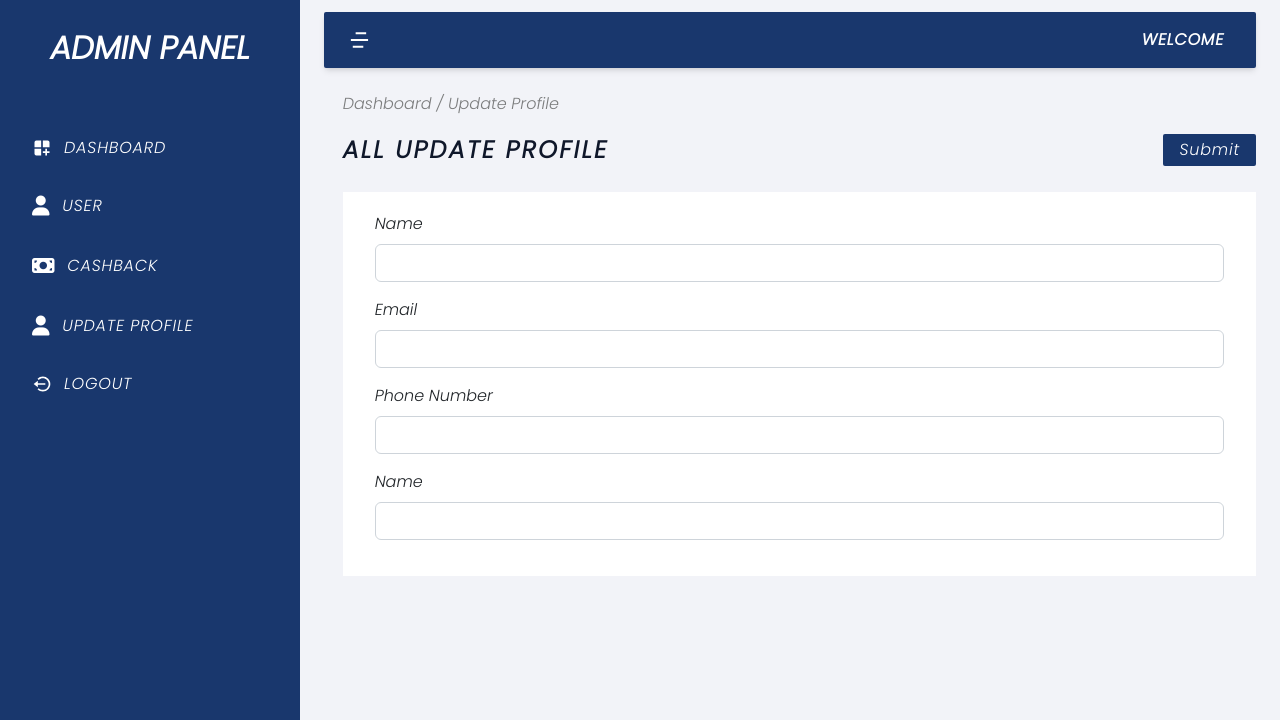
Repository: FlyweisReact/Ankit-Pandey-Admin-Panel
Page: /updateProfile
The author's editor kept a copy of each file at every save. The page is drawn from the files as they stood at one save, then again after a run of saves.
The browser window is 1280 px wide. The pictures show the whole page.
Some web libraries are served in a nearby version. The project was rebuilt for these pictures with package versions that can differ from the ones it lists, and the page was loaded fresh each time. Also part of the build but not shown: src/Screen/Login.jsx, src/Screen/Dashboard.js, src/Screen/EAdminCustomer.js, src/Screen/EAdmin.js.

Above is the page before, as saved 2023-06-16 16:08:44.

### public/index.html
<!-- @format -->

<!DOCTYPE html>
<html lang="en">
  <head>
    <meta charset="utf-8" />
    <meta name="viewport" content="width=device-width, initial-scale=1" />
    <meta name="theme-color" content="#000000" />
    <meta
      name="description"
      content="Web site created using create-react-app"
    />
    <link rel="icon" href="%PUBLIC_URL%/favicon.png" />
    <link rel="manifest" href="%PUBLIC_URL%/manifest.json" />
    <link rel="preconnect" href="https://fonts.googleapis.com">
<link rel="preconnect" href="https://fonts.gstatic.com" crossorigin>
<link href="https://fonts.googleapis.com/css2?family=Roboto+Mono:ital,wght@1,300&display=swap" rel="stylesheet">
    <title>Logo Fx</title>
  </head>
  <body>
    <noscript>You need to enable JavaScript to run this app.</noscript>
    <div id="root"></div>
    <script src="https://code.jquery.com/jquery-3.6.0.min.js"></script>
    <script src="https://kit.fontawesome.com/b533b351e4.js" crossorigin="anonymous"></script>
  </body>
</html>

### src/index.js
import React from "react";
import ReactDOM from "react-dom/client";
import "./index.css";
import App from "./App";
import { BrowserRouter } from "react-router-dom";
import 'bootstrap/dist/css/bootstrap.min.css'

const root = ReactDOM.createRoot(document.getElementById("root"));
root.render(
  <React.StrictMode>
    <BrowserRouter>
      <App />
    </BrowserRouter>
  </React.StrictMode>
);

### src/index.css
/** @format */

@tailwind base;
@tailwind components;
@tailwind utilities;

@import url("https://fonts.googleapis.com/css2?family=Roboto+Mono:ital,wght@1,300&display=swap");
@font-face {
  font-family: Roboto;
  src: url("./Fonts/Poppins-LightItalic.ttf");
}

body {
  margin: 0;
  font-family: Roboto !important;
  -webkit-font-smoothing: antialiased;
  -moz-osx-font-smoothing: grayscale;
}

code {
  font-family: Roboto !important;
}

html {
  font-family: Roboto !important;
}

::-webkit-scrollbar {
  width: 10px;
}
.fa-trash {
  color: red;
  cursor: pointer;
}

.iCOn {
  transition: 0.5s;
  box-shadow: none;
  transform: scale(1);
}
.cardDiv {
  cursor: pointer;
}

.cardDiv:hover .iCOn {
  box-shadow: rgba(0, 0, 0, 0.35) 0px 5px 15px;
  transform: scale(1.3);
}

/* Track */
::-webkit-scrollbar-track {
  background: #f1f1f1;
}

/* Handle */
::-webkit-scrollbar-thumb {
  background: #888;
}

/* Handle on hover */
::-webkit-scrollbar-thumb:hover {
  background: #555;
}
.profileImage {
  width: 100px;
}
.fa-eye {
  color: #029aff;
  cursor: pointer;
}
.fa-edit {
  cursor: pointer;
  color: blue;
}

.View {
  border: 1px solid black;
  width: 100%;
  padding: 10px;
}

.main-card--container {
  display: grid;
  grid-template-columns: repeat(3, minmax(300px, 500px));
  grid-gap: 50px;
  justify-content: space-around;
}
.card-container {
  margin: 25px 0 auto;
  box-shadow: rgba(0, 0, 0, 0.35) 0px 5px 15px;
  position: relative;
  display: grid;
  grid-template-columns: 1fr;
  justify-content: space-around;
  align-items: flex-start;
}

.myEdit:focus {
  box-shadow: rgba(0, 0, 0, 0.35) 0px 5px 15px;
}

.AstroLogin {
  color: #fff;
  background-color: #2b7a8e;
  padding: 10px;
  width: 380px;
  text-align: center;
  font-size: 20px;
  background: linear-gradient(to left, #2b7a8e 50%, #fff 50%) right;
  background-size: 200%;
  transition: 0.5s ease-out;
  border: 1px solid #2b7a8e;
  margin-top: 10px;
  text-transform: uppercase;
}
.AstroLogin:hover {
  background-position: left;
  color: #2b7a8e;
}

.EcommerceAdminLogin {
  color: #fff;
  background-color: #19376d;
  padding: 10px;
  width: 380px;
  text-align: center;
  font-size: 20px;
  background: linear-gradient(to left, #19376d 50%, #fff 50%) right;
  background-size: 200%;
  transition: 0.5s ease-out;
  border: 1px solid #19376d;
  margin-top: 10px;
  text-transform: uppercase;
}

.EcommerceAdminLogin:hover {
  background-position: left;
  color: #19376d;
}
.EcommerceVendorLogin {
  color: #fff;
  background-color: #576cbc;
  padding: 10px;
  width: 380px;
  text-align: center;
  font-size: 20px;
  background: linear-gradient(to left, #576cbc 50%, #fff 50%) right;
  background-size: 200%;
  transition: 0.5s ease-out;
  border: 1px solid #576cbc;
  margin-top: 10px;
  text-transform: uppercase;
}

.EcommerceVendorLogin:hover {
  background-position: left;
  color: #576cbc;
}

.view {
  background-color: #2196f3;
  color: #fff;
  width: 50%;
  padding: 5px;
}

.two-sec {
  display: flex;
  justify-content: space-evenly;
  justify-content: space-evenly;
}
.two-sec .left {
  width: 60%;
  background-color: #f6f1ef;
  padding: 20px;
}
.two-sec .left .head {
  font-size: 25px;
  font-weight: bold;
}

.two-sec .right {
  width: 30%;
  background-color: #f6f1ef;
}

.searchDiv {
  width: 100%;
  display: flex;
  gap: 10px;
  border: 1px solid rgb(179, 179, 179);
  padding: 10px;
  margin-bottom: 20px;
  align-items: center;
}
.searchDiv input {
  width: 94%;
  outline: none;
  border: none;
}

.flexCont {
  display: flex;
  align-items: center;
  gap: 10px;
}
.flexCont img {
  width: 60px;
  background-color: #e9ecef;
}

.blockContent {
  display: block;
}
.blockContent p {
  margin: 0;
}

.checkBox {
  width: 50px;
  height: 25px;
  background-color: #e9ecef;
  border-radius: 50px;
  position: relative;
  cursor: pointer;
}
.checkBox span {
  width: 20px;
  height: 20px;
  border-radius: 100%;
  background-color: #fff;
  position: absolute;
  left: 5px;
  top: 2px;
}
.ActivecheckBox {
  width: 50px;
  height: 25px;
  background-color: #0d6efd;
  border-radius: 50px;
  position: relative;
  cursor: pointer;
}
.ActivecheckBox span {
  width: 20px;
  height: 20px;
  border-radius: 100%;
  background-color: #fff;
  position: absolute;
  right: 5px;
  top: 2px;
}

.fa-eye {
  color: #0cba73;
  background-color: #d6f8e8;
  width: 40px;
  text-align: center;
  height: 40px;
  display: flex;
  border-radius: 100%;
  justify-content: center;
  padding-top: 10px;
  transition: 0.5s;
}

.fa-pen-to-square {
  color: #f4c39c;
  background-color: #ffebdb;
  width: 40px;
  text-align: center;
  height: 40px;
  display: flex;
  border-radius: 100%;
  justify-content: center;
  padding-top: 10px;
  cursor: pointer;
  transition: 0.5s;
}
.fa-trash {
  color: #df939f;
  background-color: #ffe1e8;
  width: 40px;
  text-align: center;
  height: 40px;
  display: flex;
  border-radius: 100%;
  justify-content: center;
  padding-top: 10px;
  cursor: pointer;
  transition: 0.5s;
}
.fa-trash:hover {
  transform: scale(1.2);
}
.fa-eye:hover {
  transform: scale(1.2);
}
.fa-pen-to-square:hover {
  transform: scale(1.2);
}
.required {
  color: #e74260;
}

.headP {
  margin-left: 2%;
  color: #7b7c7d;
}
.filterBox {
  display: flex;
  align-items: center;
  gap: 10px;
  border-bottom: 1px solid #d4d7dc;
  padding-bottom: 20px;
  margin-bottom: 20px;
}
.filterBox img {
  width: 30px;
}
.filterBox input {
  width: 100%;
  border: 1px solid #d4d7dc;
  outline: none;
  padding: 5px;
  color: black;
}
.sectionCont {
  width: 98%;
  background-color: #fff;
  margin-left: 2%;
  padding: 20px;
}

.overFlowCont {
  width: 100%;
  overflow-x: auto;
}

.logo {
  width: 300px;
  margin-bottom: 20px;
}

.updateProfile {
  margin-left: 20px;
  border: 1px solid #fff;
  border-radius: 100%;
  font-size: 1.2rem;
  padding: 10px;
  transition: 0.5s;
  cursor: pointer;
}
.updateProfile:hover {
  border: 1px solid #19376d;
  color: #19376d;
  background-color: #fff;
}

.Normalbtn {
  background-color: #19376d !important;
  border: 1px solid #19376d !important;
  border-radius: 0px !important;
}

.ImageCarousel {
  width: 150px !important;
  margin: 0px !important;
  height: 150px !important;
}
.CarouselImages {
  width: 150px !important;
  height: 150px !important;
}
.CarouselImages img {
  width: 100% !important;
  height: 100% !important;
}

.ModalCarousel {
  width: 100% !important;
  height: 500px !important;
}
.ModalCarousel {
  width: 100% !important;
  height: 500px !important;
}
.ModalCarousel img {
  width: 100% !important;
  height: 500px !important;
}

.gridCont {
  display: grid;
  grid-template-columns: auto auto auto;
  justify-content: space-evenly;
}
.gridCont div {
  width: 400px;
  height: 300px;
  box-shadow: rgba(0, 0, 0, 0.35) 0px 5px 15px;
  padding: 10px;
  position: relative;
  margin-top: 20px;
}
.gridCont div img {
  width: 100%;
}
.delete-Btn {
  width: 90%;
  margin-left: 2%;
  color: #c44b3f;
  border: 1px solid #c44b3f;
  position: absolute;
  bottom: 10px;
  transition: 0.5s;
  padding: 10px;
}

.delete-Btn:hover {
  background-color: #c44b3f;
  color: #fff;
}

.BannerCarousel {
  width: 300px;
  margin: 0px !important;
}
.BannerCarouselImage {
  width: 300px;
}
.BannerCarouselImage img {
  width: 100%;
}

.pagination {
  display: flex;
  justify-content: center;
  align-items: center;
  gap: 10px;
  margin-bottom: 20px;
}
.pagination button {
  border: 1px solid black;
  padding: 10px;
}

.activePage {
  background-color: #19376d;
  color: #fff;
  border: 1px solid #19376d !important;
}

.active {
  background-color: #fff;
  color: #19376d !important;
}
.prevBtn {
  background-color: #fff;
  color: #19376d;
  border: 1px solid #19376d !important;
  transition: 0.5s;
}

.prevBtn:hover,
.prevBtn:focus,
.prevBtn:active {
  background-color: #19376d;
  color: #fff;
  border: 1px solid #19376d !important;
}
.nextBtn {
  background-color: #fff;
  color: #19376d;
  border: 1px solid #19376d !important;
  transition: 0.5s;
}

.nextBtn:hover,
.nextBtn:focus,
.nextBtn:active {
  background-color: #19376d;
  color: #fff;
  border: 1px solid #19376d !important;
}

.dangerBox {
  position: relative;
}
.dangerBox i {
  position: absolute;
  top: 50%;
  left: 90%;
  transform: translate(-50%, -50%);
  cursor: pointer;
}

### src/App.js
/** @format */

import { Routes, Route } from "react-router-dom";
import { ToastContainer } from "react-toastify";
import "react-toastify/dist/ReactToastify.css";
import Login from "./Screen/Login";
import Dashboard from "./Screen/Dashboard";
import EAdminCustomer from "./Screen/EAdminCustomer";
import EAdmin from "./Screen/EAdmin";
import UpdateProfile from "./Screen/UpdateProfile";


function App() {
  return (
    <>
      <ToastContainer />

      <Routes>
        <Route path="/" element={<Login />} />
        <Route path="/Customer" element={<EAdminCustomer />} />
        <Route path="/dashboard" element={<Dashboard />} />
        <Route path="/Admin" element={<EAdmin />} />
        <Route path="/updateProfile" element={<UpdateProfile />} />
      </Routes>
    </>
  );
}

export default App;

### src/Screen/UpdateProfile.js
import React, { useEffect, useState } from "react";
import { Alert, Button, Container, Form, Modal, Table } from "react-bootstrap";
import { toast } from "react-toastify";
import { AllCashback, UploadExcel } from "../Repository/Api";
import HOC from "./layout/HOC";


const UpdateProfile = () => {


    return (
      <>

        <p className="headP">Dashboard / Update Profile</p>
        <div
          className="pb-4 sticky top-0  w-full flex justify-between items-center"
          style={{ width: "98%", marginLeft: "2%" }}
        >
          <span
            className="tracking-widest text-slate-900 font-semibold uppercase "
            style={{ fontSize: "1.5rem" }}
          >
            All Update Profile
          </span>

          <button
            className="md:py-2 px-3 md:px-4 py-1 rounded-sm bg-[#19376d] text-white tracking-wider"

          >Submit
          </button>
        </div>

        <section className="sectionCont">
            <Container>
                <Form>
                    <Form.Group className="mb-3">
                        <Form.Label>Name</Form.Label>
                        <Form.Control type='name' />
                    </Form.Group>
                    <Form.Group className="mb-3">
                        <Form.Label>Email</Form.Label>
                        <Form.Control type='name' />
                    </Form.Group>
                    <Form.Group className="mb-3">
                        <Form.Label>Phone Number</Form.Label>
                        <Form.Control type='name' />
                    </Form.Group>
                    <Form.Group className="mb-3">
                        <Form.Label>Name</Form.Label>
                        <Form.Control type='name' />
                    </Form.Group>
                </Form>
            </Container>
        </section>
      </>
    );
  };

export default HOC(UpdateProfile)

### src/Repository/Api.js
/** @format */

import axios from "axios";

// BaseUrl
const BaseURL = "http://localhost:3040/";

// All Users Cashback
export const AllCashback = async () => {
  try {
    const response = await axios.get(
      ` ${BaseURL}api/v1/profile/getallCashBack`
    );

    return response;
  } catch (e) {
    console.log(e);
  }
};

// Uplaod Excel

export const UploadExcel = async (file) => {
  const fd = new FormData();
  fd.append("file", file);
  try {
    const response = await axios.post(
      `${BaseURL}api/v1/profile/AddcashBackExcel`,
      fd
    );
    return response;
  } catch (e) {
    console.log(e);
  }
};

//   All Users

export const AllUsers = async () => {
  try {
    const response = await axios.get(` ${BaseURL}api/v1/profile/getAlluser`);
    return response;
  } catch (e) {
    console.log(e);
  }
};


// Login Admin
export const LoginAdmin = async (email , password) => {
    try{
        const response = await axios.post(`${BaseURL}api/v1/admin/login` , {
            email , password
        })
        return response
    }catch(e) {
        console.log(e)
    }

}

### src/Screen/layout/HOC.jsx
/** @format */

import React, { useState } from "react";
import Navbar from "./Navbar";
import Sidebar from "./Sidebar";

const HOC = (Wcomponenet) => {
  return function Component() {
    const [hamb, setHamb] = useState(false);
    return (
      <>
        <section
          className="flex overflow-x-hidden relative "
          style={{ backgroundColor: "#f2f3f8" }}
        >
          {/* Sidebar */}
          <div
            className={
              hamb
                ? " absolute top-0 z-30 md:w-auto shadow-md bg-slate-200  w-60 transition-all md:-left-full left duration-150  h-auto overflow-y-auto  left-0 "
                : " md:w-72 z-30 bg-slate-200  shadow-md  md:static absolute top-0 -left-full   transition-all duration-150  overflow-y-auto h-auto"
            }
            style={{ minWidth: "300px" }}
          >
            <Sidebar hamb={hamb} setHamb={setHamb} />
          </div>
          {/* Components & Navbar */}
          <div
            className={
              hamb
                ? " transition-all px-4 py-2  duration-150 w-full h-screen"
                : " w-full h-screen  px-4 py-2   z-50 transition-all duration-150 "
            }
            style={{ backgroundColor: "#f2f3f8" }}
          >
            <Navbar hamb={hamb} setHamb={setHamb} />
            <div className="my-6 text-#000 h-[87%] wcomp overflow-y-auto">
              {" "}
              <Wcomponenet />
            </div>
          </div>
        </section>
      </>
    );
  };
};

export default HOC;

### src/Screen/layout/Navbar.jsx
/** @format */

import { RiMenu4Line } from "react-icons/ri";

const Navbar = ({ hamb, setHamb }) => {
  const AdminName = localStorage.getItem("Email")
  return (
    <>
      <div
        className={
          hamb
            ? "flex  w-full justify-between  my-1 rounded-sm  p-4 py-3 shadow-md items-center  bg-slate-200 space-x-4"
            : "flex  w-full justify-between my-1 rounded-sm  p-4 py-3 shadow-md items-center  bg-slate-200 space-x-4"
        }
        style={{ backgroundColor: "#19376d" }}
      >
        <RiMenu4Line
          onClick={() => setHamb(!hamb)}
          className="text-2xl font-bold text-gray-900 hover:scale-90 cursor-pointer"
          style={{ color: "#fff" }}
        />

        <section className="flex sm:ml-auto justify-end sm:w-full items-center space-x-2  pr-2">
          <figcaption className="tracking-wider pl-1 font-semibold">
            <div
              className="lg:text-base text-sm text-gray-900  uppercase"
              style={{ color: "#fff" }}
            >
              Welcome {AdminName}
            </div>
          </figcaption>
        </section>
      </div>
    </>
  );
};

export default Navbar;

### src/Screen/layout/Sidebar.jsx
/** @format */

import React from "react";
import { RiCloseLine } from "react-icons/ri";
import { Link, useNavigate } from "react-router-dom";
import { BiLogOutCircle } from "react-icons/bi";
import { MdDashboardCustomize } from "react-icons/md";

const Sidebar = ({ hamb, setHamb }) => {
  const navigate = useNavigate();

  const nav = [
    {
      icon: <MdDashboardCustomize className="text-xl mr-3 rounded-full " />,
      link: "/dashboard ",
      name: "Dashboard",
    },
    {
      icon: <i className="fa-solid fa-user text-xl mr-3 rounded-full"></i>,
      link: "/Admin",
      name: "User",
    },
    {
      icon: (
        <i className="fa-sharp fa-solid fa-money-bill text-xl mr-3 rounded-full "></i>
      ),
      link: "/Customer",
      name: "Cashback",
    },
    {
      icon: (
        <i className="fa-solid fa-user text-xl mr-3 rounded-full "></i>
      ),
      link: "/updateProfile",
      name: "Update Profile",
    }
  ];

  const logOut = () => {
    localStorage.clear()
    navigate("/");
  };

  return (
    <>
      <aside
        className="p-4 h-auto"
        style={{ backgroundColor: "#19376d", minHeight: "100vh" }}
      >
        {/* Top */}
        <div className="w-full md:hidden relative  p-2 mb-4">
          <RiCloseLine
            onClick={() => setHamb(!hamb)}
            className="text-3xl  absolute top-2 sm:hover:rotate-[228deg] transition-transform font-bold right-2 sm:hover:text-[22px] text-[rgb(241,146,46)] cursor-pointer"
          />
        </div>{" "}
        <figure className="flex  flex-col items-center">
          <span
            className="font-bold text-[#fff]"
            style={{
              fontSize: "2rem",
              textAlign: "center",
              textTransform: "uppercase",
            }}
          >
            {" "}
            ADMIN PANEL
          </span>
        </figure>
        <nav className="py-6">
          {nav.map((nav) => {
            return (
              <Link
                to={nav.link}
                key={nav.name}
                className=""
                style={{ textDecoration: "none", textTransform: "uppercase" }}
              >
                <span
                  className="flex my-3 items-center cursor-pointer text-gray-900    tracking-wider p-2 rounded-sm"
                  style={{ color: "#FFF" }}
                >
                  {nav.icon} {nav.name}
                </span>
              </Link>
            );
          })}
          <span
            className="flex my-3 items-center cursor-pointer text-gray-900    tracking-wider p-2 rounded-sm"
            onClick={() => logOut()}
            style={{ color: "#FFF", textTransform: "uppercase" }}
          >
            <BiLogOutCircle className="text-xl mr-3 rounded-full " /> LogOut
          </span>
        </nav>
      </aside>
    </>
  );
};

export default Sidebar;

Loaded but not shown: tailwind.config.js (common file)

After the next 2 saves:
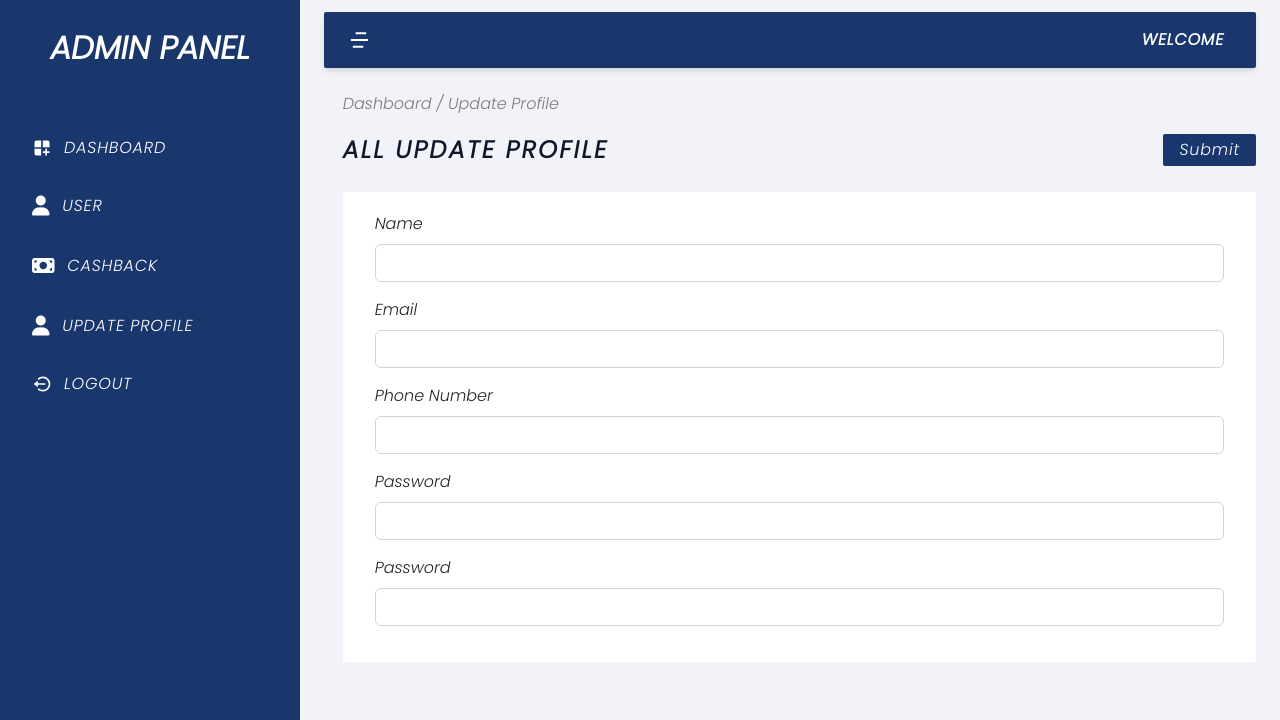
The 2 saves are shown as one change because they came seconds apart.
The last was saved 7 s later.
--- a/src/Screen/UpdateProfile.js
+++ b/src/Screen/UpdateProfile.js
@@ -46,7 +46,11 @@ const UpdateProfile = () => {
                         <Form.Control type='name' />
                     </Form.Group>
                     <Form.Group className="mb-3">
-                        <Form.Label>Name</Form.Label>
+                        <Form.Label>Password</Form.Label>
+                        <Form.Control type='name' />
+                    </Form.Group>
+                    <Form.Group className="mb-3">
+                        <Form.Label>Password</Form.Label>
                         <Form.Control type='name' />
                     </Form.Group>
                 </Form>
